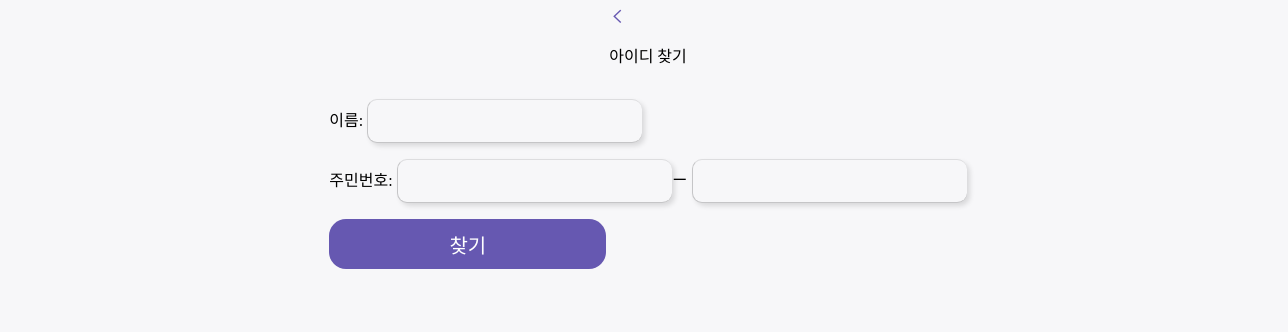
Repository: PEPI-dev/UI
Page: find_id_pw/findId.html
The author's editor kept a copy of each file at every save. The page is drawn from the files as they stood at one save, then again after a run of saves.
The browser window is 1280 px wide. The page is 1288 px wide, so the pictures cover 1288 px, including what lies to the right of the window. The pictures show the whole page.
Some web fonts or font styles are not loaded; a fallback is used.

Above is the page before, as saved 2023-12-05 13:30:56.

After the next 4 saves:
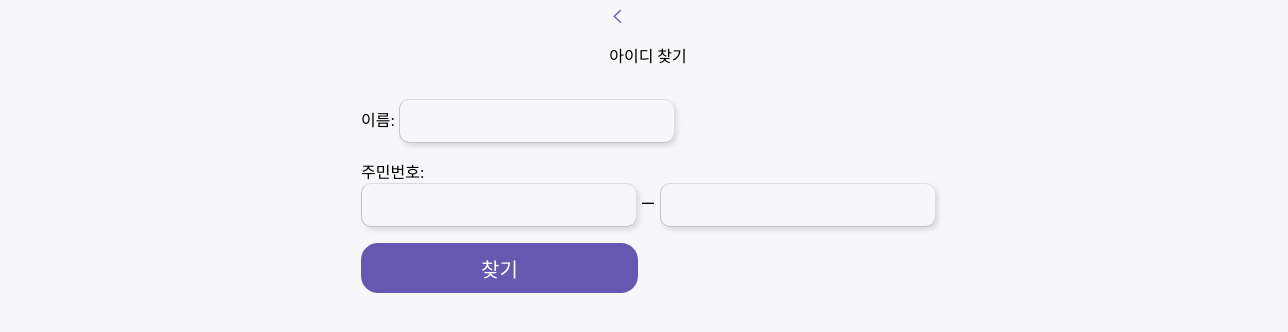
The 4 saves are shown as one change because they came seconds apart.
The last was saved 88 s later.
--- a/find_id_pw/findId.html
+++ b/find_id_pw/findId.html
@@ -14,7 +14,12 @@
     <div id="container">
         <form action="#">
             <p>이름: <input class="field" type="text"></p>
-            <p>주민번호: <input class="field" id="rrn1" type="text"><i class="xi-minus"></i> <input class="field" id="rrn2" type="password"></p>
+            <label for="rrn">주민번호:</label>
+            <div class="rrn-container">
+            <input class="field" id="rrn1" type="text">
+            <i class="xi-minus"></i>
+            <input class="field" id="rrn2" type="password">
+    </div>
             <p><button class="search">찾기</button></p>
         </form>
     </div>
